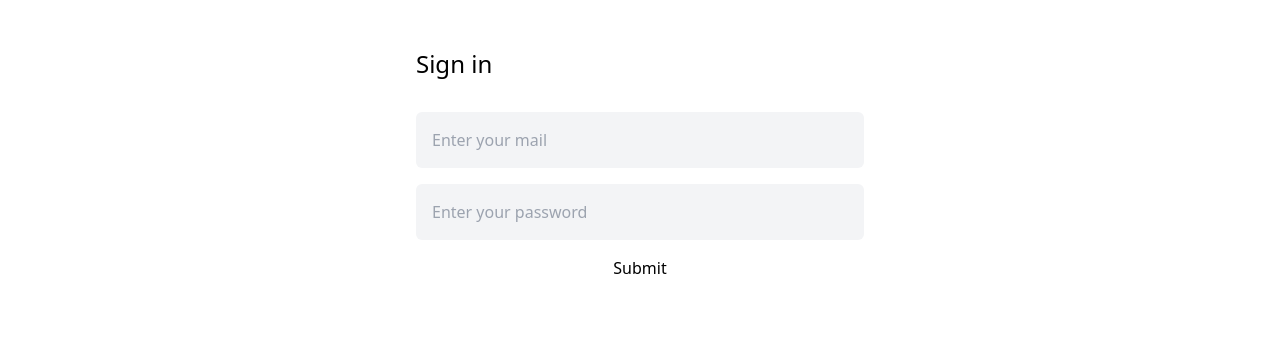
Repository: sevilgenysf/firebase
Page: /sign-in
The author's editor kept a copy of each file at every save. The page is drawn from the files as they stood at one save, then again after the next save.
The browser window is 1280 px wide. The pictures show the whole page.
The project was rebuilt for these pictures with package versions that can differ from the ones it lists, and the page was loaded fresh each time. Also part of the build but not shown: src/pages/Home.js, src/pages/SignUp.js.

Above is the page before, as saved 2023-01-03 14:34:31.

After the next save:
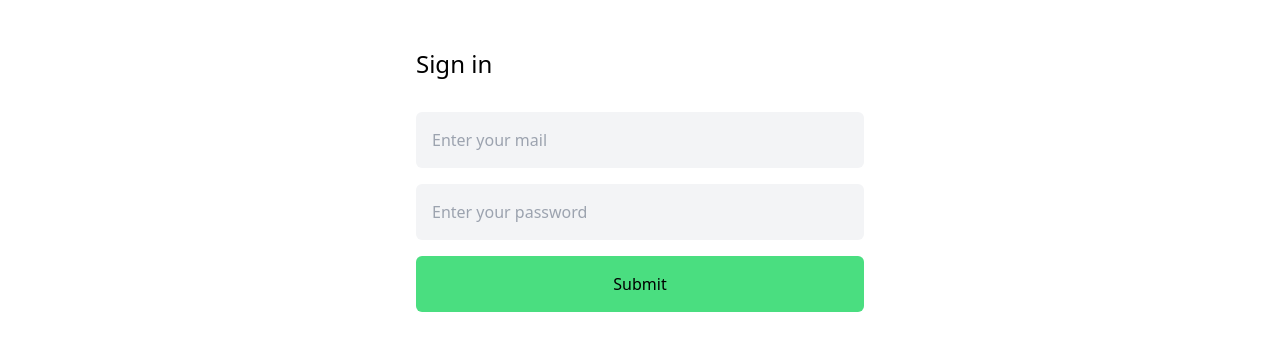
Saved 13 s later.
--- a/src/pages/SignIn.js
+++ b/src/pages/SignIn.js
@@ -42,7 +42,7 @@ const SingIn = () => {
 					onChange={(e) => setPassword(e.currentTarget.value)}
 					className="p-4 bg-gray-100 rounded-md"
 				/>
-				<input type="submit" />
+				<input type="submit" className="p-4 bg-green-400 rounded-md" />
 			</form>
 		</div>
 	);
